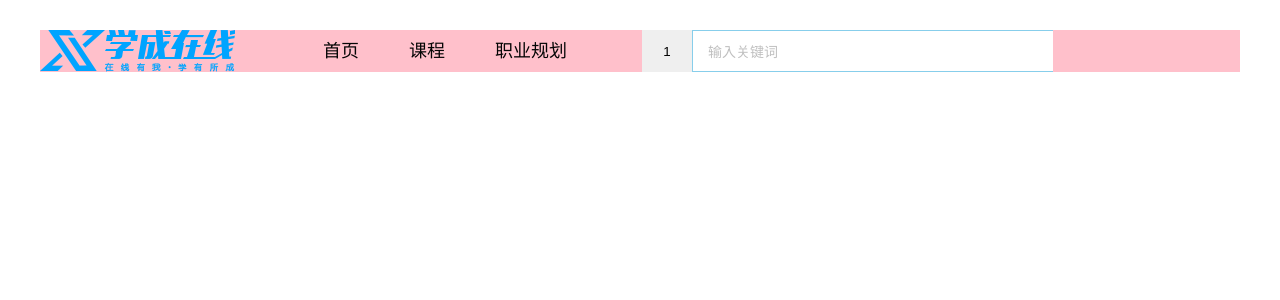
Repository: R1Deemo/Web-Project
Page: index..html
These files come from the project's save history. The page is drawn as it stood at one moment and after the next save; the edit follows.
The browser window is 1280 px wide. The pictures show the whole page.

Above is the page before, as saved 2022-03-08 21:44:07.

### index..html
<!DOCTYPE html>
<html lang="en">

<head>
    <meta charset="UTF-8">
    <meta http-equiv="X-UA-Compatible" content="IE=edge">
    <meta name="viewport" content="width=device-width, initial-scale=1.0">
    <title>测试页面</title>
    <link rel="stylesheet" href="style.css">
</head>

<body>
    <!--头部模块 -->
    <div class="header w">
        <div class="logo">
            <img src="images/学成在线.png" alt="">
        </div>
        <!-- 实际开发中要用li+a的做法做导航栏 -->
        <div class="nav">
            <ul>
                <li>
                    <a href="#">首页</a>
                </li>
                <li>
                    <a href="#">课程</a>
                </li>
                <li>
                    <a href="#">职业规划</a>
                </li>

            </ul>
        </div>
        <!-- 搜索模块 -->
        <div class="search">
            <input type="text" value="输入关键词">
            <button>1</button>

        </div>

    </div>

</body>

</html>

### style.css
* {
    margin: 0;
    padding: 0;
}

.w {
    width: 1200px;
    margin: 0 auto;
}

li {
    list-style: none;
}

a {
    text-decoration: none;
}

.header {
    height: 42px;
    background-color: pink;
    margin: 30px auto;
}

.logo {
    float: left;
    width: 198px;
    height: 42px;
}

.nav {
    float: left;
    margin-left: 60px;
}

.nav ul li {
    float: left;
    margin: 0 15px;
}

.nav ul li a {
    display: block;
    height: 42px;
    padding: 0 10px;
    line-height: 42px;
    font-size: 18px;
    color: #050505;
}

.nav ul li a:hover {
    border-bottom: 2px solid #00a4ff;
}

.search {
    float: left;
    width: 412px;
    height: 42px;
    margin-left: 50px;
}

.search input {
    width: 345px;
    height: 40px;
    border: 1px solid skyblue;
    border-right: 0;
    color: #bfbfbf;
    font-size: 14px;
    padding-left: 15px;
}

.search button {
    float: left;
    width: 50px;
    height: 42px;
    border: 0;
}

After the next save:
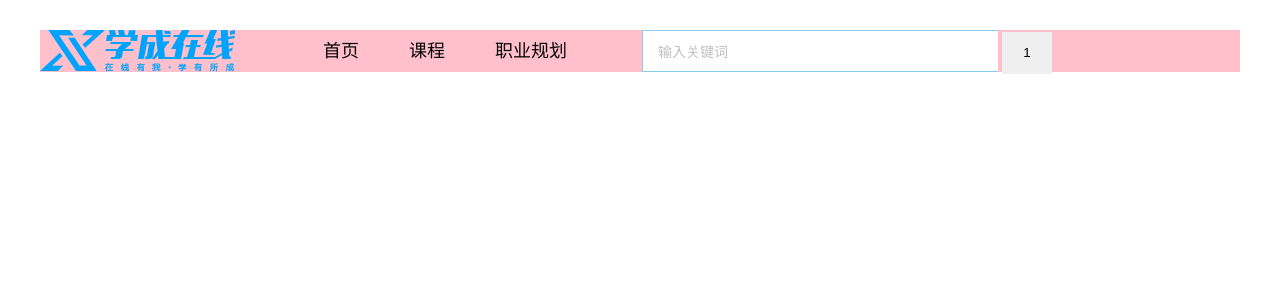
Saved 66 s later.
--- a/style.css
+++ b/style.css
@@ -59,7 +59,7 @@
 }
 
 .search input {
-    width: 345px;
+    width: 340px;
     height: 40px;
     border: 1px solid skyblue;
     border-right: 0;
@@ -69,7 +69,6 @@
 }
 
 .search button {
-    float: left;
     width: 50px;
     height: 42px;
     border: 0;
